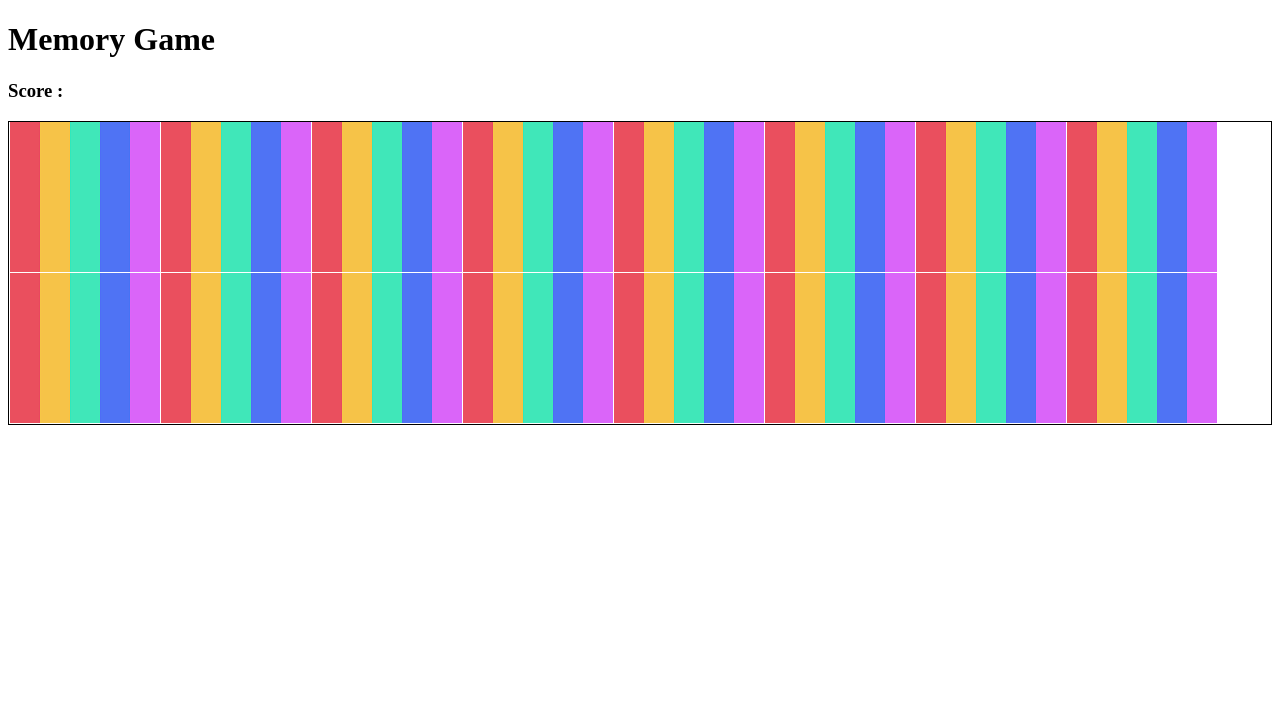
Repository: divyaravada/javascript-games
Page: memory-game/memorygame.html
These files come from the project's save history. The page is drawn as it stood at one moment and after the next save; the edit follows.
The browser window is 1280 px wide. The pictures show the whole page.

Above is the page before, as saved 2022-03-15 16:21:55.

After the next save:
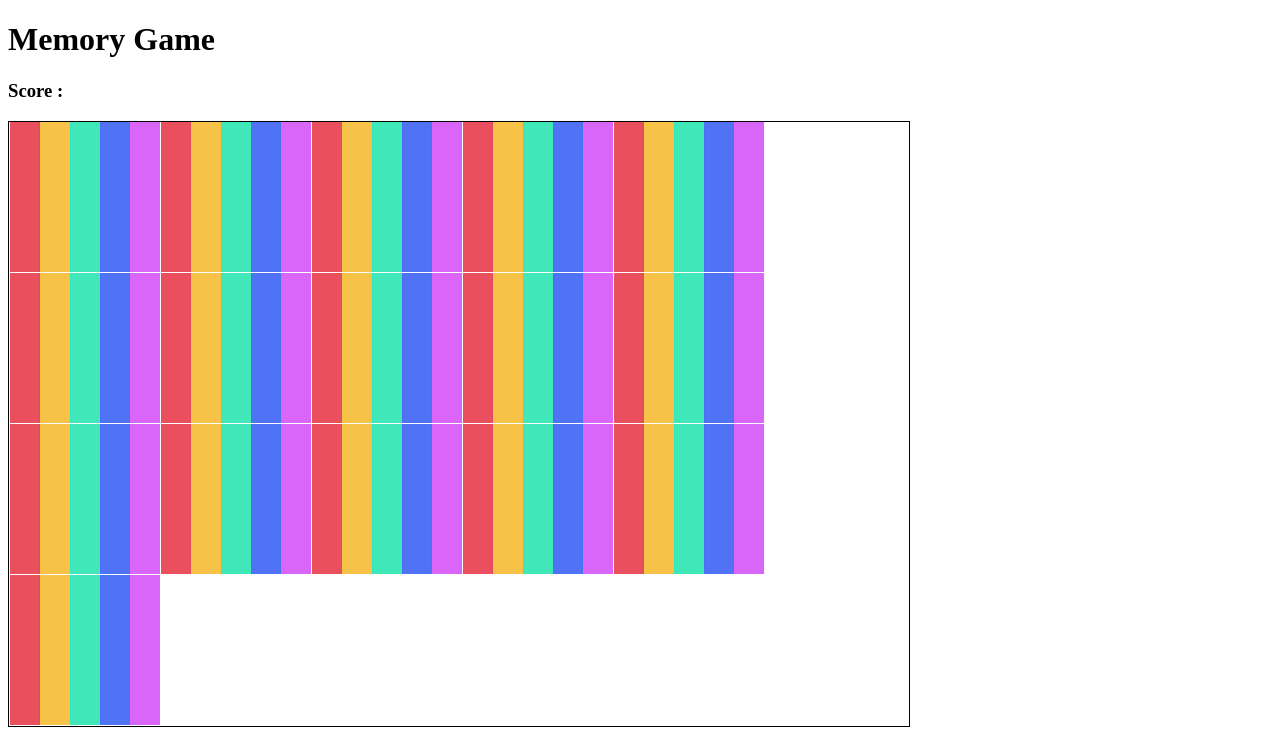
Saved 19 s later.
--- a/memory-game/memorystyle.css
+++ b/memory-game/memorystyle.css
@@ -1,6 +1,7 @@
 #grid {
   align-items: center;
   display: flex;
+  width: 900px;
   flex-wrap: wrap;
   border: 1px solid black;
 }
